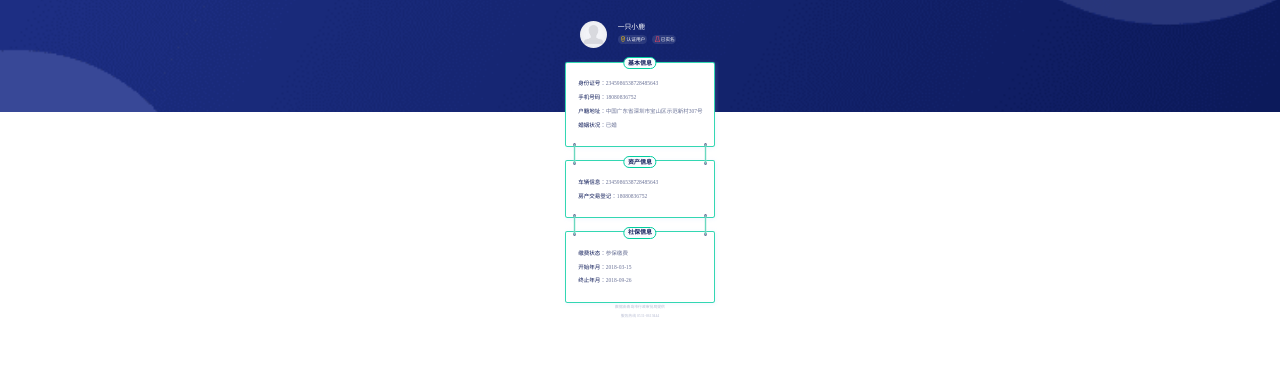
Repository: zlpstart/qingdao-new
Page: /Record
An editor plug-in stored every save of this project. The page is shown before and after a run of saves, followed by the edit.
The browser window is 1280 px wide. The pictures show the whole page.
The page's requests for data from a server got no answer. Some web fonts or font styles are not loaded; a fallback is used. The project was rebuilt for these pictures with package versions that can differ from the ones it lists, and the page was loaded fresh each time. No one was signed in, and anything a server would have sent is missing. Also part of the build but not shown: src/components/MySpace.vue, src/components/Home.vue, src/components/Enterprise.vue, src/components/Opinion.vue, src/components/Opinion2.vue, src/components/Car.vue, src/components/House.vue, src/components/License.vue and 5 more.

Above is the page before, as saved 2019-08-27 11:22:10.

After the next 2 saves:
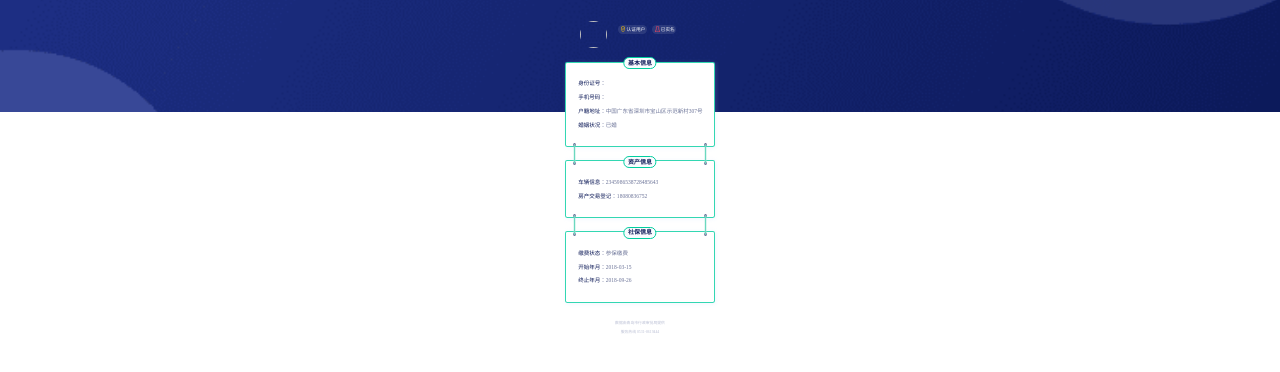
The 2 saves are shown as one change because they came seconds apart.
The last was saved 14 s later.
--- a/src/components/Record.vue
+++ b/src/components/Record.vue
@@ -73,16 +73,16 @@
             </div>
         </div>
 
-        <div class="Record2" v-if="show">
+        <div class="Record" v-if="show">
             <TopBar></TopBar>
             <div class="header">
                 <div class="header_wrap">
                     <div class="header_left">
-                        <img src="../assets/timg.jpg" alt="">
+                        <img :src="allUser.imgAddr">
                     </div>
                     <div class="header_right">
                         <div class="header_right_p">
-                            <p>一只小鹿</p>
+                            <p>{{allUser.realName}}</p>
                         </div>
                         <div class="header_right_span">
                             <span>
@@ -100,13 +100,13 @@
             <div class="Record_content_box">
                 <div class="legal_content">
                     <div class="legal_title">
-                    <h1>基本信息</h1>
-                    </div>
-                    <ul>
-                    <li><b>身份证号：</b>2345986538728485643</li>
-                    <li><b>手机号码：</b>18080836752</li>
-                    <li><b>户籍地址：</b>中国广东省深圳市宝山区示范新村307号</li>
-                    <li><b>婚姻状况：</b>已婚</li>
+                        <h1>基本信息</h1>
+                    </div>
+                    <ul>
+                        <li><b>身份证号：</b>{{allUser.idCode}}</li>
+                        <li><b>手机号码：</b>{{allUser.mobile}}</li>
+                        <li><b>户籍地址：</b>中国广东省深圳市宝山区示范新村307号</li>
+                        <li><b>婚姻状况：</b>已婚</li>
                     </ul>
                 </div>
                 <div class="legal_content">
@@ -136,6 +136,7 @@
                         <li><b>终止年月：</b>2018-09-26</li>
                     </ul>
                 </div>
+                <div class="kong"></div>
                 <div class="bottom">
                     <span></span>
                     <p>数据由青岛市行政审批局提供</p>
